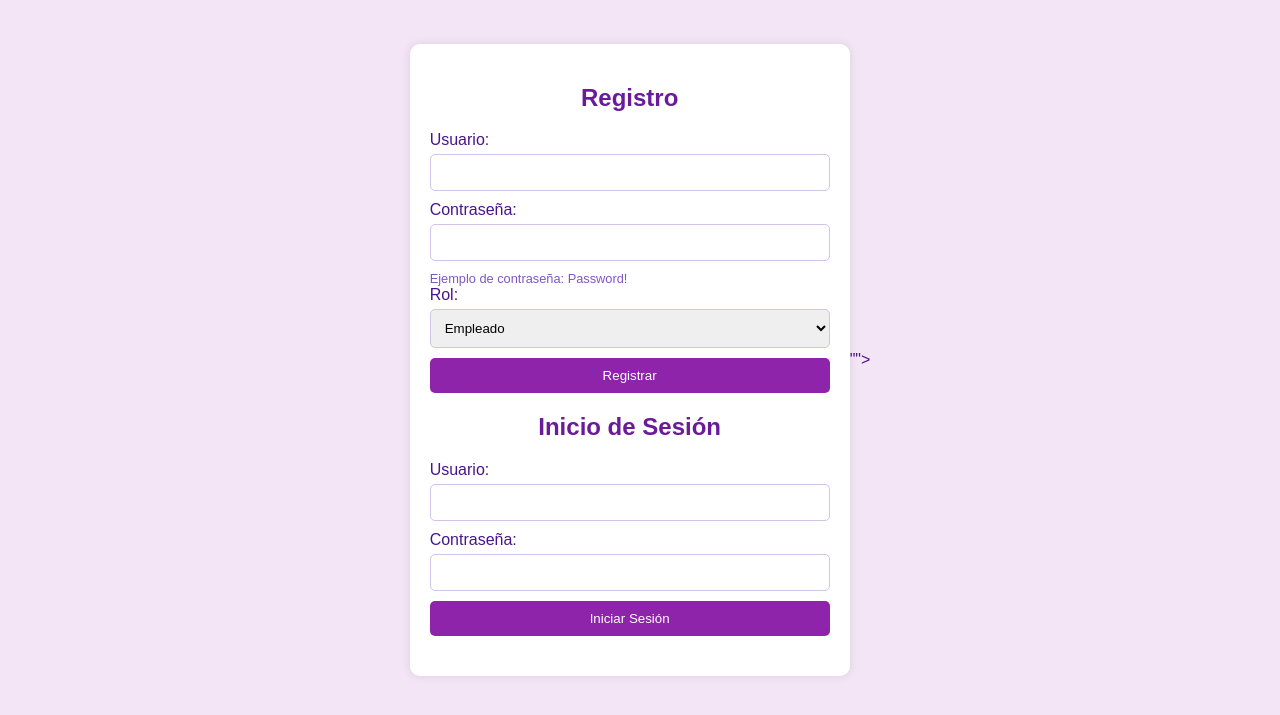
Repository: Connie75/API
Page: index.html
The author's editor kept a copy of each file at every save. The page is drawn from the files as they stood at one save, then again after the next save.
The browser window is 1280 px wide. The pictures show the whole page.

Above is the page before, as saved 2024-07-31 01:08:52.

After the next save:
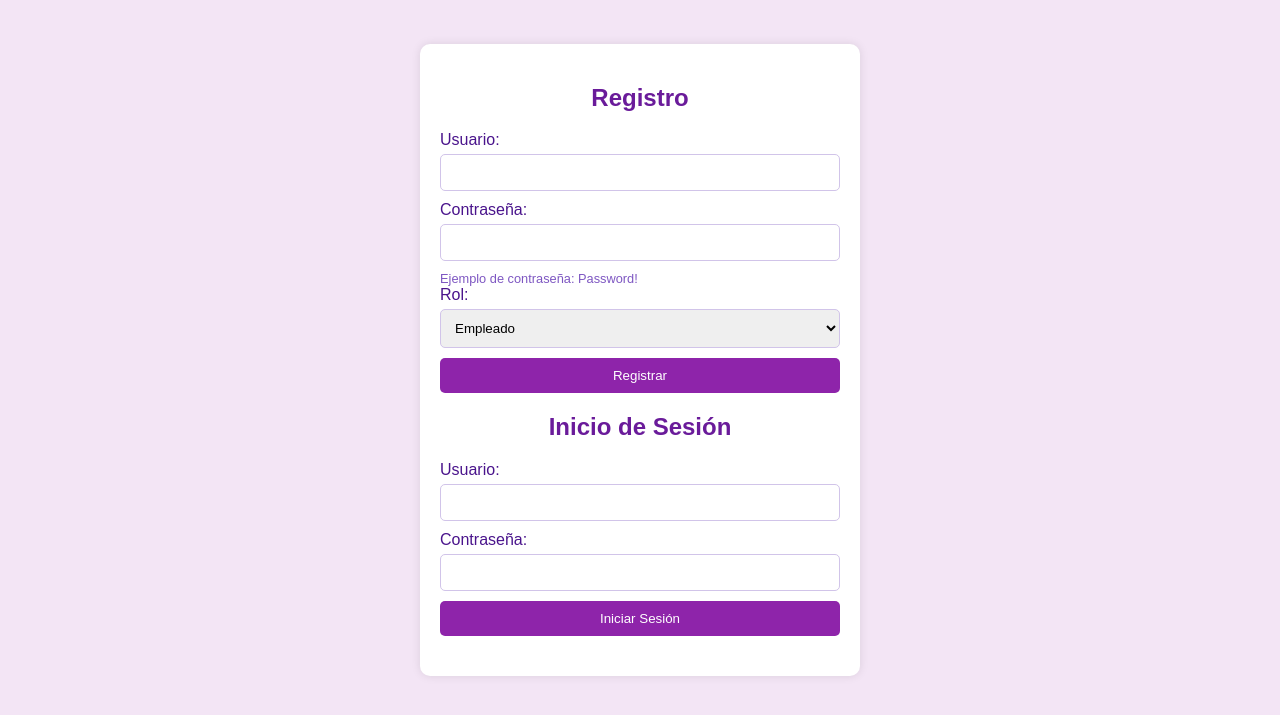
Saved 19 s later.
--- a/index.html
+++ b/index.html
@@ -32,6 +32,7 @@
             <input type="password" id="password" name="password" required>
             <input type="submit" value="Iniciar Sesión">
         </form>
-    </div>""></script>
+    </div>
+    <script src="Script.js"></script>
 </body>
 </html>
